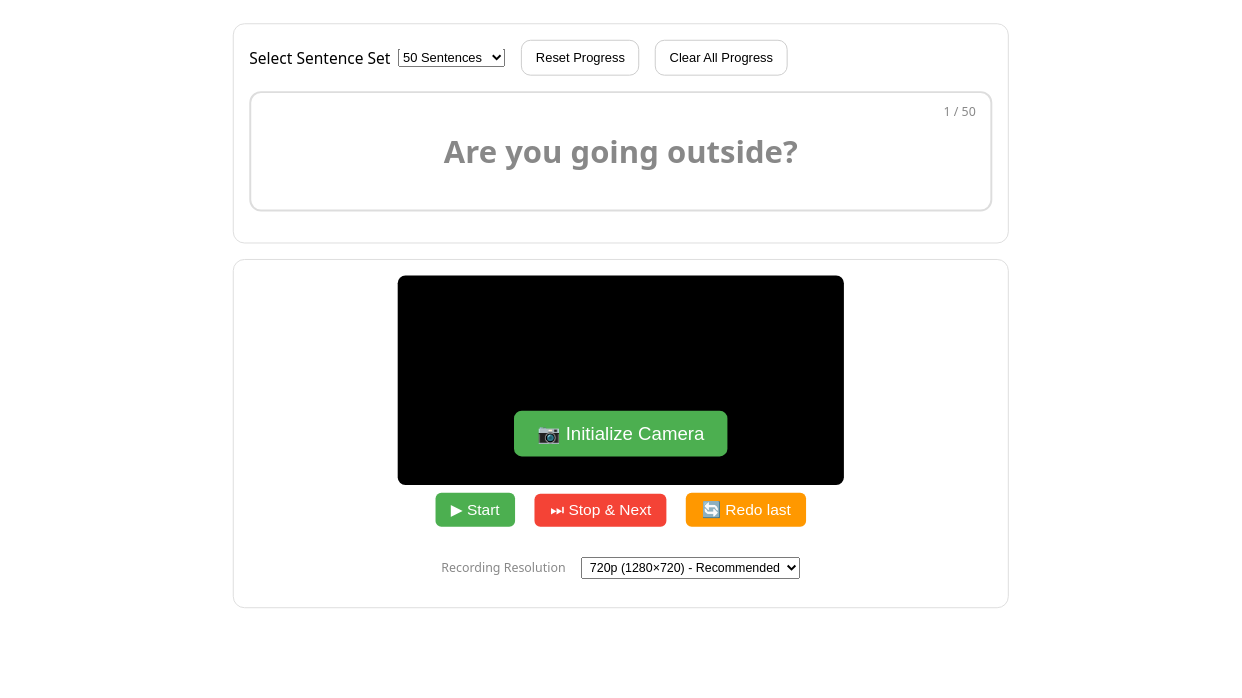
Repository: video2speech/video2speech.github.io
Page: index.html
These files come from the project's save history. The page is drawn as it stood at one moment and after the next save; the edit follows.
The browser window is 1280 px wide. The pictures show the whole page, at 97% of full size.

Above is the page before, as saved 2025-09-04 12:42:18.

After the next save:
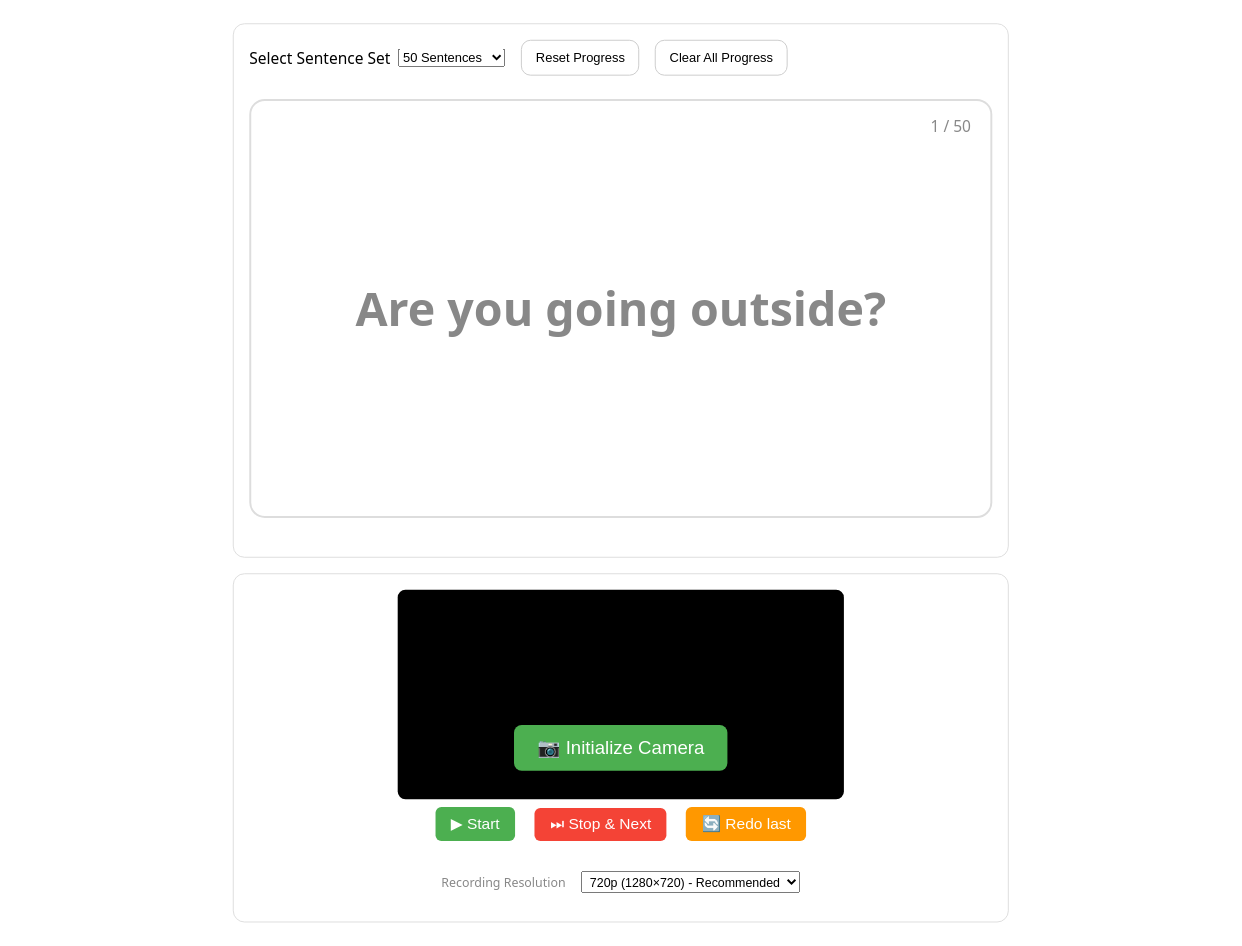
Saved 14 s later.
--- a/index.html
+++ b/index.html
@@ -51,8 +51,8 @@
       <button id="next">Next</button>
       <button id="skip">Skip</button>
     </div>
-    <div class="big sentence-preparing" id="currentText" style="font-size: 2rem; font-weight: bold; text-align: center; padding: 20px; border: 2px solid #ddd; border-radius: 12px; margin: 16px 0; min-height: 80px; display: flex; align-items: center; justify-content: center; position: relative;">
-      <span class="muted" id="idxInfo" style="position: absolute; top: 10px; right: 15px; font-size: 0.8rem; color: #888; font-weight: normal;"></span>
+    <div class="big sentence-preparing" id="currentText" style="font-size: 3rem; font-weight: bold; text-align: center; padding: 40px; border: 2px solid #ddd; border-radius: 16px; margin: 24px 0; min-height: 60vh; width: 100%; box-sizing: border-box; display: flex; align-items: center; justify-content: center; position: relative; line-height: 1.4;">
+      <span class="muted" id="idxInfo" style="position: absolute; top: 15px; right: 20px; font-size: 1rem; color: #888; font-weight: normal;"></span>
       Waiting for initialization...
     </div>
   </div>
